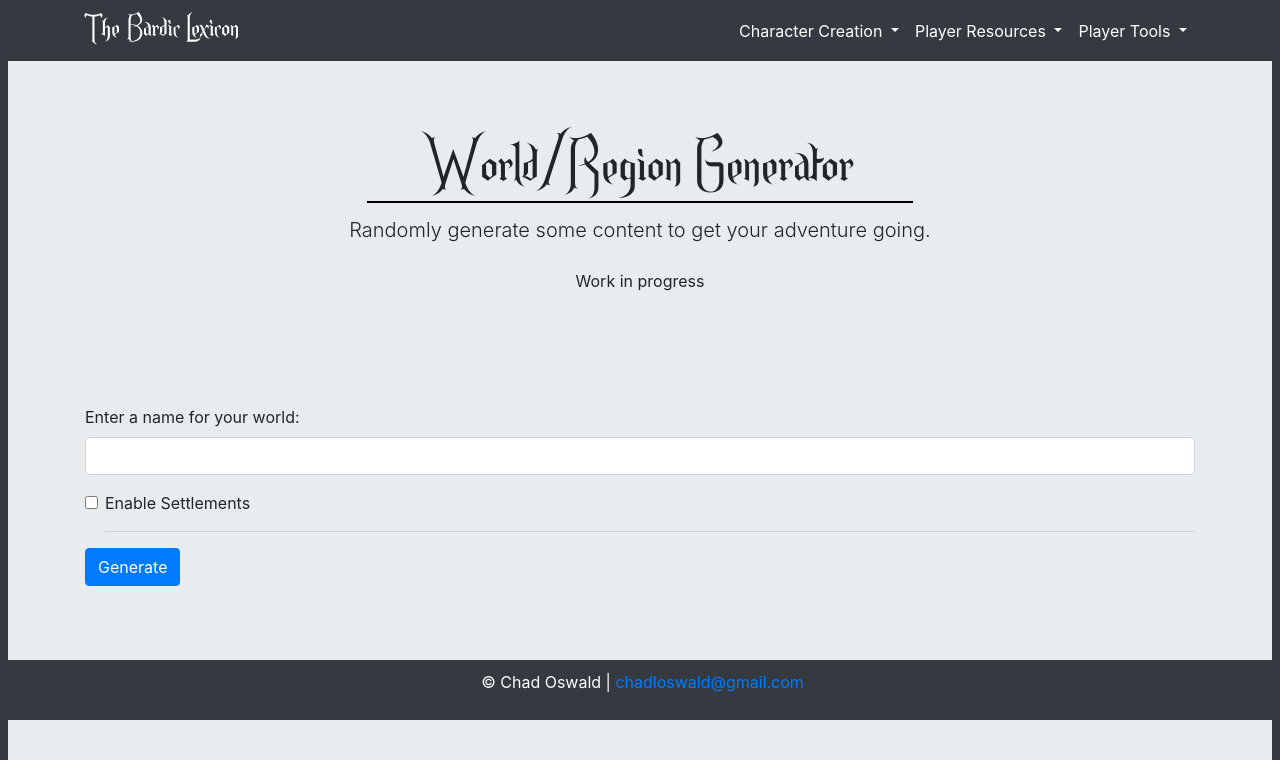
Repository: ChaidGPT/TheBardicLexicon
Page: playerTools/worldGenerator.html
These files come from the project's save history. The page is drawn as it stood at one moment and after the next save; the edit follows.
The browser window is 1280 px wide. The pictures show the whole page.

Above is the page before, as saved 2024-02-09 11:54:43.

After the next save:
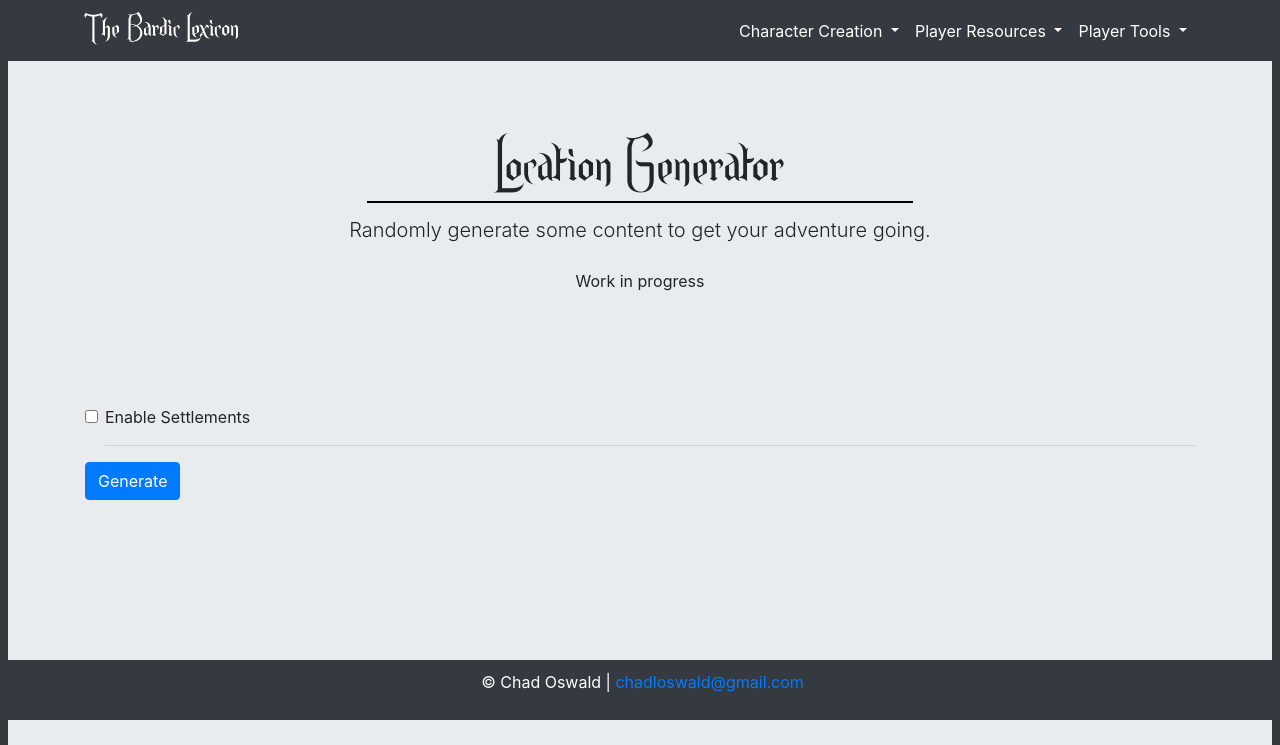
Saved 51 s later.
--- a/playerTools/worldGenerator.html
+++ b/playerTools/worldGenerator.html
@@ -72,7 +72,7 @@
   <div class="container" id="monsterPage">
     <div class="container-fluid px-4 py-5 my-5 text-center">
       <h1 class="display-5 fw-bold contentsPageName">
-        World/Region Generator
+        Location Generator
       </h1>
       <div>
         <div class="horizontal-line"></div>
@@ -88,10 +88,10 @@
       <form id="worldForm" class="mb-4">
 
         <!-- Start World Name Field -->
-        <div class="form-group">
+        <!-- <div class="form-group">
           <label for="worldName">Enter a name for your world:</label>
           <input type="text" class="form-control" id="worldName" autocomplete="off"/>
-        </div>
+        </div> -->
         <!-- End World Name Field -->
 
 
